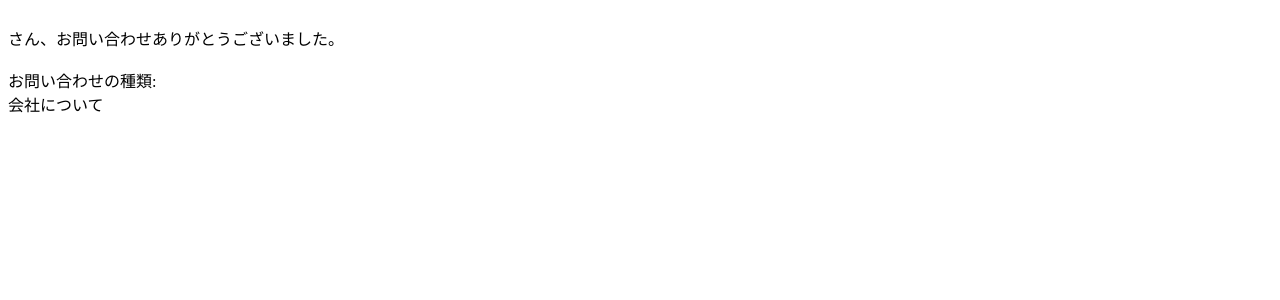
Repository: rt-1217/j2
Page: http://localhost/WebProj2/inquiryComplete.jsp
The author's editor kept a copy of each file at every save. The page is drawn from the files as they stood at one save, then again after the next save.
The browser window is 1280 px wide. The pictures show the whole page.
The page is served by Tomcat 9. Nobody is signed in. The application's start-up code is not run. Other server files are loaded and not shown.

Above is the page before, as saved 2018-04-24 01:35:28.

### WebProj2/WebContent/inquiryComplete.jsp
<%@ page language="java" contentType="text/html; charset=UTF-8"
    pageEncoding="UTF-8"%>
<!DOCTYPE html PUBLIC "-//W3C//DTD HTML 4.01 Transitional//EN" "http://www.w3.org/TR/html4/loose.dtd">
<html>
<head>
<meta http-equiv="Content-Type" content="text/html; charset=UTF-8">
<title>お問い合わせ　受付完了</title>
</head>
<body>

<br>
<s:property value="name" />さん、お問い合わせありがとうございました。
<br>
<br>お問い合わせの種類:<br>
<s:if test='qtype=="company"'>
会社について
</s:if>


</body>
</html>

After the next save:
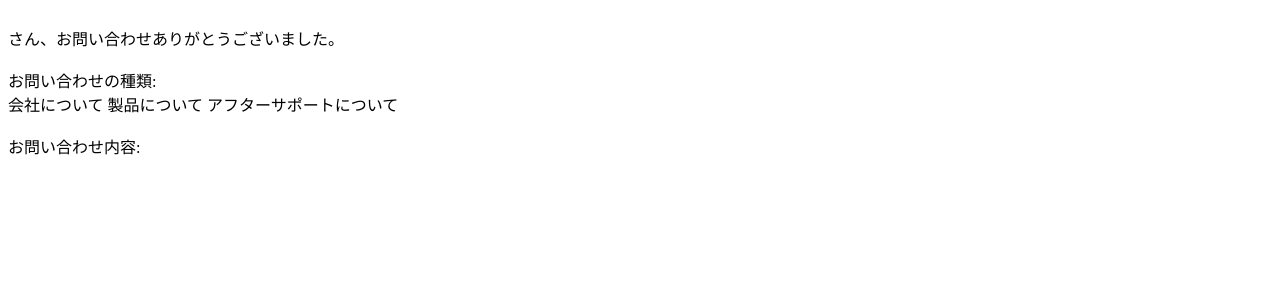
Saved 2 min 8 s later.
--- a/WebProj2/WebContent/inquiryComplete.jsp
+++ b/WebProj2/WebContent/inquiryComplete.jsp
@@ -15,6 +15,15 @@
 <s:if test='qtype=="company"'>
 会社について
 </s:if>
+<s:if test='qtype=="product"'>
+製品について
+</s:if>
+<s:if test='qtype=="support"'>
+アフターサポートについて
+</s:if>
+<br>
+<br>お問い合わせ内容:<br>
+<s:property value="body" />
 
 
 </body>
